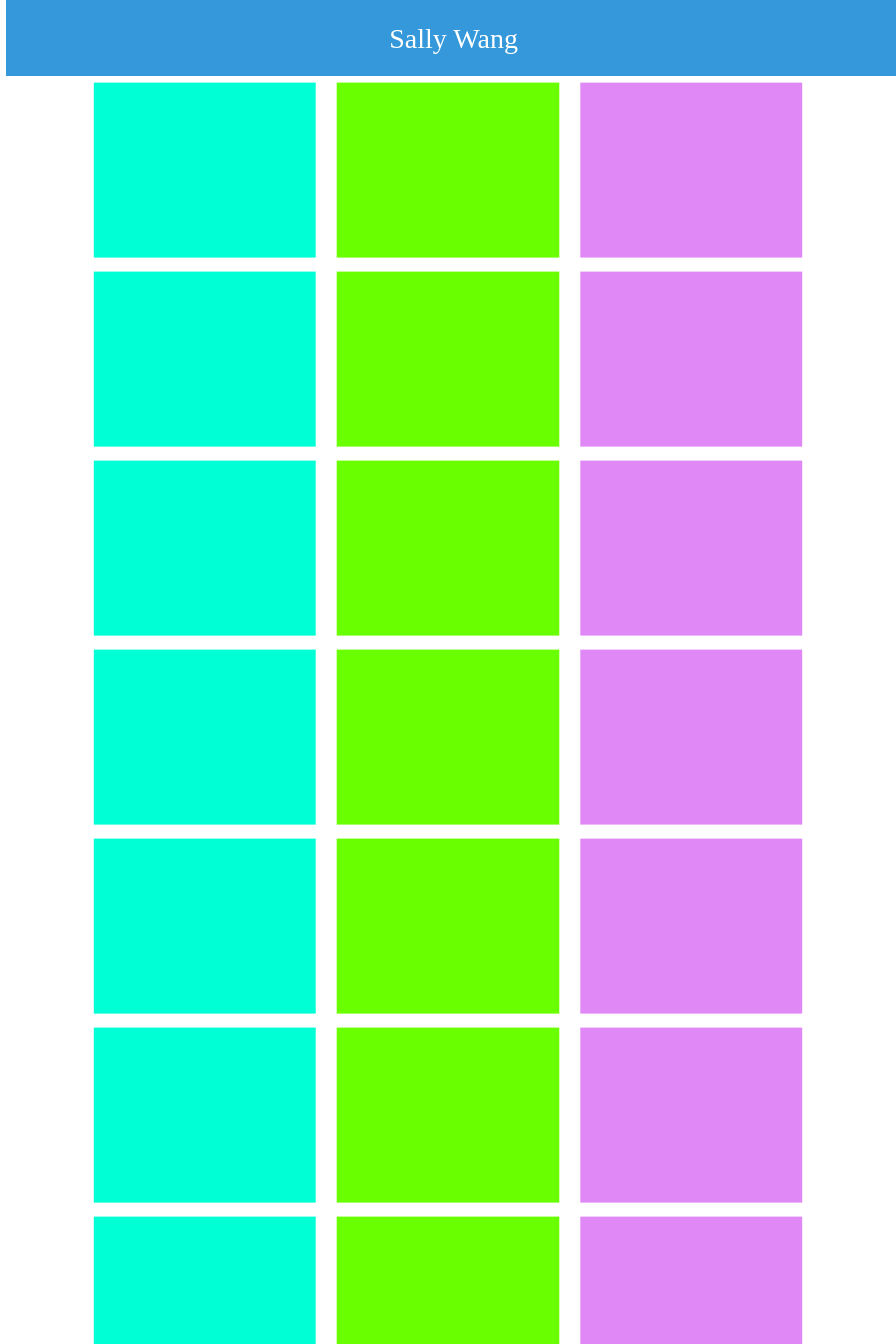
Repository: tianjiewang2022/tianjiewang2022.github.io
Page: index.html
An editor plug-in stored every save of this project. The page is shown before and after the next save, followed by the edit.
The browser window is 1280 px wide. The pictures show the part of the page from y = 0 to 1920 px (the page is 9733 px tall before and 9656 px after), at 70% of full size.

Above is the page before, as saved 2023-10-02 01:54:26.

After the next save:
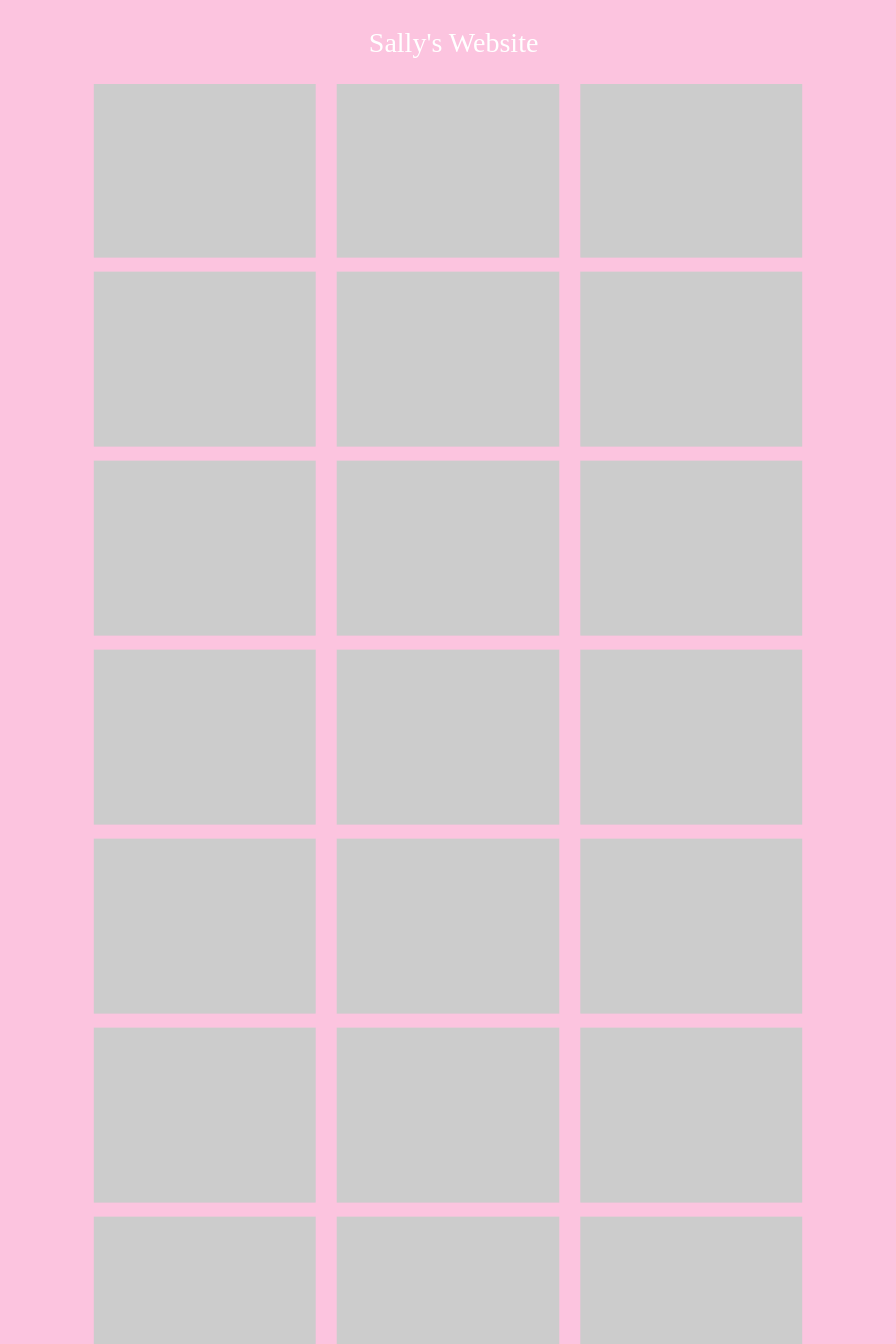
Saved 17 h 44 min later.
--- a/index.html
+++ b/index.html
@@ -4,20 +4,22 @@
     <head>
         <meta charset="UTF-8">
         <meta name="viewport" content="width=device-width, initial-scale=1.0">
-        <title>Sally's Webpage</title>
+        <title>Sally's Webpage ma3</title>
         <style>
             body {
                 padding-top: 100px;
-            }
-
-            header {
-                background-color: #3498db;
+                background-color: rgb(252, 196, 223);
+            }
+
+            header,
+            footer {
+                background-color: rgb(252, 196, 223);
                 /* Choose your header color */
                 color: white;
                 position: fixed;
                 top: 0;
                 width: 100%;
-                height: 15%;
+                height: 16.67%;
                 bottom: 15px;
                 display: flex;
                 align-items: center;
@@ -49,41 +51,29 @@
                 justify-content: center;
             }
 
-            .box1-blue {
-                background-color: rgb(0, 255, 213);
-            }
-
-            .box2-green {
-                background-color: rgb(106, 255, 0);
-            }
-
-            .box3-purple {
-                background-color: rgb(225, 136, 247);
-            }
-
-            table {
-                width: 100%;
-                justify-content: center;
-                border-collapse: collapse;
-                margin-top: 10px;
-            }
-
-            th,
-            td {
-                border: 1px solid #ccc;
-                padding: 10px;
-                text-align: center;
-            }
-
-            th {
-                background-color: #f2f2f2;
+            .left_bar {
+                width: 16.67%;
+                height: calc(16.67%*4);
+
+            }
+
+            .main_area {
+                width: calc(16.67%*4);
+                height: calc(16.67%*4);
+
+            }
+
+            .right_bar {
+                width: 16.67%;
+                height: calc(16.67%*4);
+
             }
         </style>
     </head>
 
     <body>
         <header>
-            Sally Wang
+            Sally's Website
         </header>
 
         <div class="flex-container">
